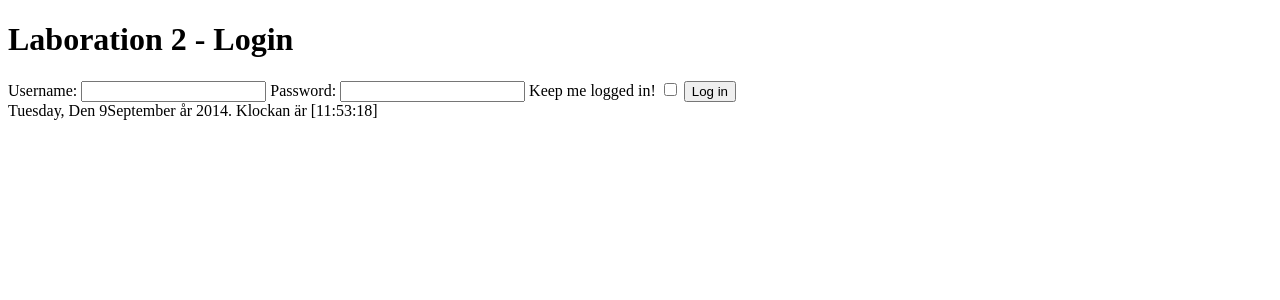
Repository: me222rs/PHPlabb2
Page: http://localhost/
These files come from the project's save history. The page is drawn as it stood at one moment and after the next save; the edit follows.
The browser window is 1280 px wide. The pictures show the whole page.
The page is run by PHP 8.4 with error messages shown; the project is at /var/www/html/.

Above is the page before, as saved 2014-09-09 12:07:58.

After the next save:
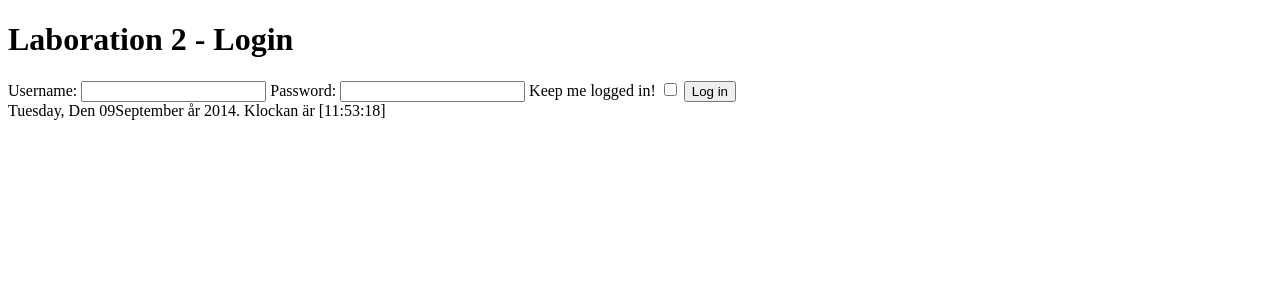
Saved 4 min 53 s later.
--- a/PHPLabb2/index.php
+++ b/PHPLabb2/index.php
@@ -3,7 +3,7 @@
 	setlocale(LC_ALL , "swedish"); //Borde sätta språket till svenska?
 	$day = ucwords(utf8_encode(strftime("%A")));
 	$month = ucwords(utf8_encode(strftime("%B")));
-	$dayNumber = strftime("%e");
+	$dayNumber = strftime("%d");
 	$year = strftime("%Y");
 	$time = strftime("%H:%M:%S");
 
